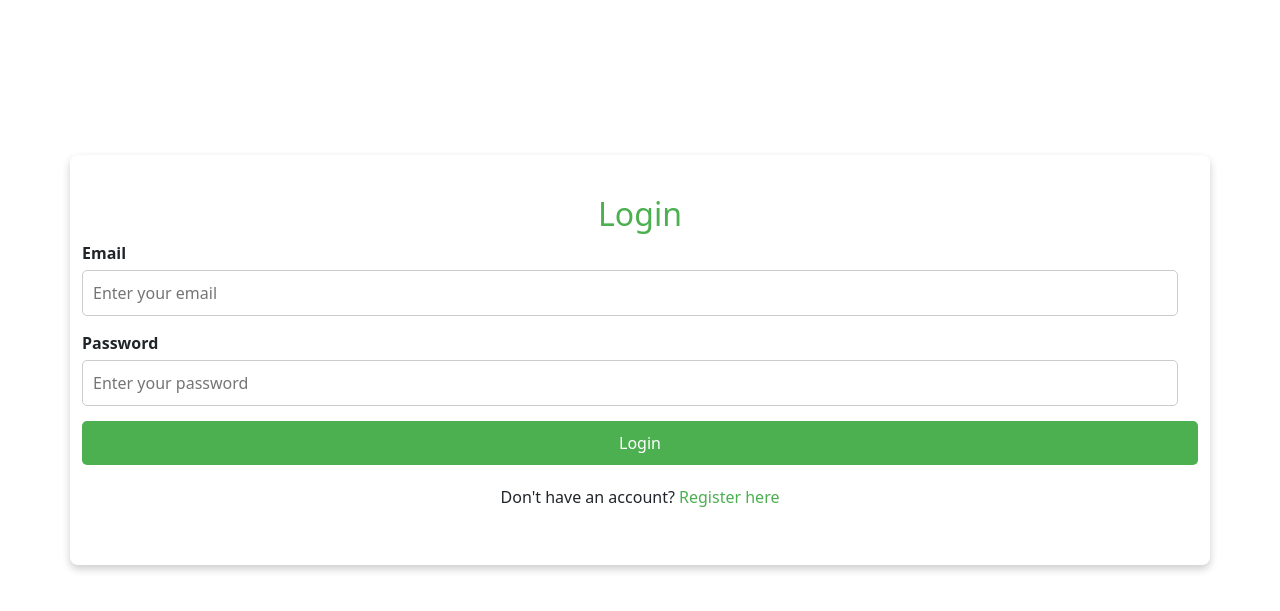
Repository: Masood395/Food-App
Page: http://localhost/FoodApp/
An editor plug-in stored every save of this project. The page is shown before and after the next save, followed by the edit.
The browser window is 1280 px wide. The pictures show the whole page.
Some web libraries are served in a nearby version. The page is served by Tomcat 9. Other server files are loaded and not shown.

Above is the page before, as saved 2024-11-15 14:17:49.

### FoodApp/src/main/webapp/Login.jsp
<%@ page language="java" contentType="text/html; charset=UTF-8" pageEncoding="UTF-8"%>
<%@ page import="javax.servlet.http.HttpSession" %>
<%-- <%
    // Retrieve the current session
     session = request.getSession(false);

    if (session != null) {
        // Remove each session attribute individually
        java.util.Enumeration<String> sessionAttributes = session.getAttributeNames();
        while (sessionAttributes.hasMoreElements()) {
            String attributeName = sessionAttributes.nextElement();
            session.removeAttribute(attributeName);
        }
        // Alternatively, you can invalidate the session to remove all attributes
        // session.invalidate(); // This completely clears the session
    }
%> --%>
<!DOCTYPE html>
<html lang="en">
<head>
    <meta charset="UTF-8">
    <meta name="viewport" content="width=device-width, initial-scale=1.0">
    <title>Login</title>
    <style>
        body {
            font-family: Arial, sans-serif;
            background-color: #f4f4f4;
            display: flex;
            justify-content: center;
            align-items: center;
            height: 100vh;
            margin: 0;
        }
        .container {
            background-color: white;
            border-radius: 8px;
            box-shadow: 0 4px 8px rgba(0, 0, 0, 0.2);
            padding: 40px;
            width: 400px;
        }
        h2 {
            text-align: center;
            color: #4CAF50; /* Green color */
            margin-bottom: 20px;
        }
        label {
            display: block;
            margin-bottom: 5px;
            font-weight: bold;
        }
        input[type="text"],
        input[type="password"] {
            width: calc(100% - 20px);
            padding: 10px;
            margin-bottom: 15px;
            border: 1px solid #ccc;
            border-radius: 5px;
            font-size: 16px;
        }
        input[type="submit"] {
            background-color: #4CAF50; /* Green */
            color: white;
            border: none;
            border-radius: 5px;
            padding: 10px 20px;
            cursor: pointer;
            font-size: 16px;
            transition: background-color 0.3s;
            width: 100%;
        }
        input[type="submit"]:hover {
            background-color: #45a049; /* Darker green */
        }
        .footer {
            text-align: center;
            margin-top: 20px;
        }
        .footer a {
            color: #4CAF50;
            text-decoration: none;
        }
    </style>

     <link href="https://cdn.jsdelivr.net/npm/bootstrap@5.1.3/dist/css/bootstrap.min.css" rel="stylesheet" integrity="sha384-1BmE4kWBq78iYhFldvKuhfTAU6auU8tT94WrHftjDbrCEXSU1oBoqyl2QvZ6jIW3" crossorigin="anonymous">
    <link rel="stylesheet" href="https://cdnjs.cloudflare.com/ajax/libs/font-awesome/6.6.0/css/fontawesome.min.css" integrity="sha512-B46MVOJpI6RBsdcU307elYeStF2JKT87SsHZfRSkjVi4/iZ3912zXi45X5/CBr/GbCyLx6M1GQtTKYRd52Jxgw==" crossorigin="anonymous" referrerpolicy="no-referrer" />

</head>
<body>
    <div class="container">
        <h2>Login</h2>
        <form action="loginData" method="POST">
            <label for="email">Email</label>
            <input type="text" name="email" placeholder="Enter your email" required>

            <label for="password">Password</label>
            <input type="password" name="pwd" placeholder="Enter your password" required>

            <input type="submit" value="Login">
        </form>
        <div class="footer">
            <p>Don't have an account? <a href="register.jsp">Register here</a></p>
        </div>
    </div>

        <script src="https://cdn.jsdelivr.net/npm/bootstrap@5.1.3/dist/js/bootstrap.bundle.min.js" integrity="sha384-ka7Sk0Gln4gmtz2MlQnikT1wXgYsOg+OMhuP+IlRH9sENBO0LRn5q+8nbTov4+1p" crossorigin="anonymous"></script>
    <script src="https://cdnjs.cloudflare.com/ajax/libs/font-awesome/6.6.0/js/fontawesome.min.js" integrity="sha512-NeFv3hB6XGV+0y96NVxoWIkhrs1eC3KXBJ9OJiTFktvbzJ/0Kk7Rmm9hJ2/c2wJjy6wG0a0lIgehHjCTDLRwWw==" crossorigin="anonymous" referrerpolicy="no-referrer"></script>


</body>
</html>

After the next save:
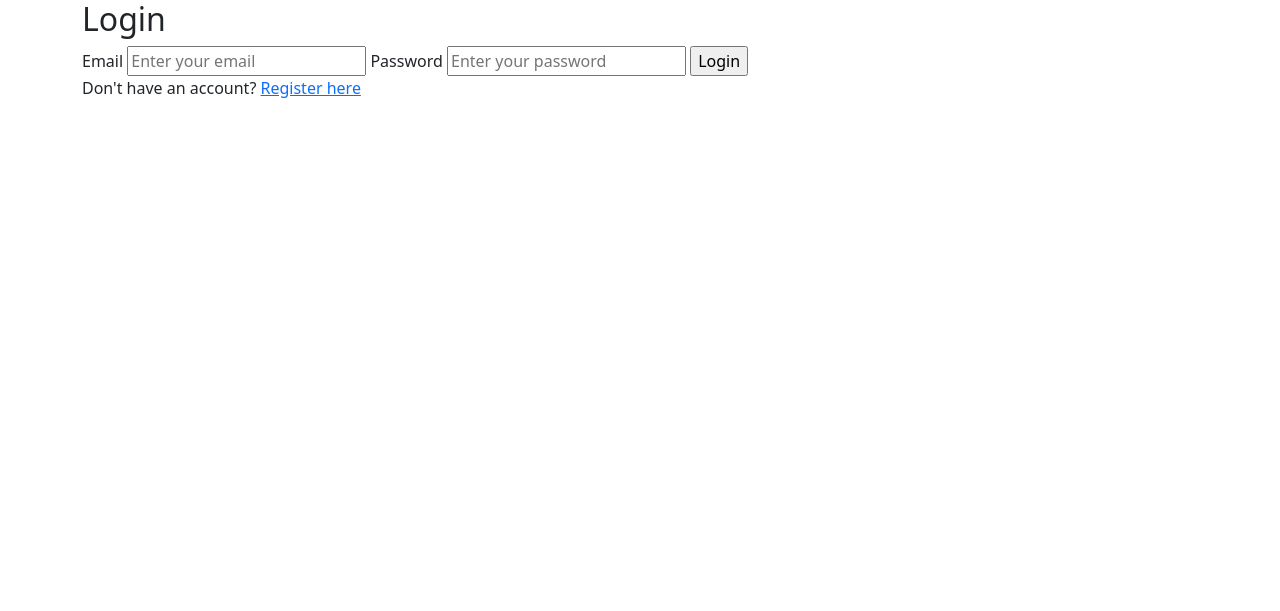
Saved 54 s later.
--- a/FoodApp/src/main/webapp/Login.jsp
+++ b/FoodApp/src/main/webapp/Login.jsp
@@ -21,7 +21,7 @@
     <meta charset="UTF-8">
     <meta name="viewport" content="width=device-width, initial-scale=1.0">
     <title>Login</title>
-    <style>
+<!--     <style>
         body {
             font-family: Arial, sans-serif;
             background-color: #f4f4f4;
@@ -80,7 +80,7 @@
             text-decoration: none;
         }
     </style>
-
+ -->
      <link href="https://cdn.jsdelivr.net/npm/bootstrap@5.1.3/dist/css/bootstrap.min.css" rel="stylesheet" integrity="sha384-1BmE4kWBq78iYhFldvKuhfTAU6auU8tT94WrHftjDbrCEXSU1oBoqyl2QvZ6jIW3" crossorigin="anonymous">
     <link rel="stylesheet" href="https://cdnjs.cloudflare.com/ajax/libs/font-awesome/6.6.0/css/fontawesome.min.css" integrity="sha512-B46MVOJpI6RBsdcU307elYeStF2JKT87SsHZfRSkjVi4/iZ3912zXi45X5/CBr/GbCyLx6M1GQtTKYRd52Jxgw==" crossorigin="anonymous" referrerpolicy="no-referrer" />
 
